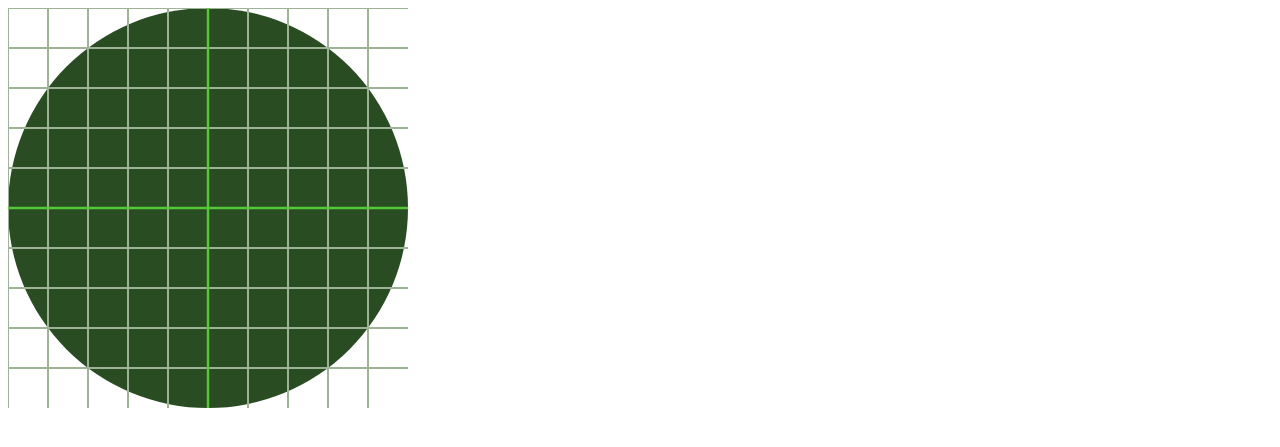
Repository: pedro-mancano/ProjetoCDM204
Page: scripts/radar.html
These files come from the project's save history. The page is drawn as it stood at one moment and after the next save; the edit follows.
The browser window is 1280 px wide. The pictures show the whole page.

Above is the page before, as saved 2024-11-27 08:27:18.

After the next save:
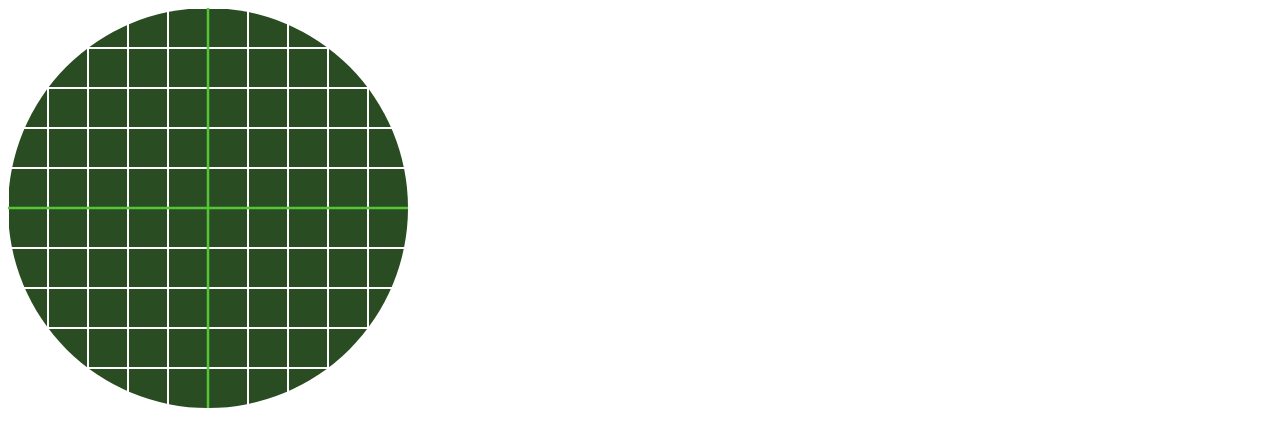
Saved 31 s later.
--- a/scripts/radar.js
+++ b/scripts/radar.js
@@ -16,7 +16,7 @@ function draw(elapsed) {
   ctx.fill();
 
   //
-  ctx.globalCompositeOperation = 'xor';
+  ctx.globalCompositeOperation = 'destination-out';
   ctx.strokeStyle = '#3a682e';
   ctx.lineWidth = 1;
   for (let i = 0; i < width; i += width / 10) {
